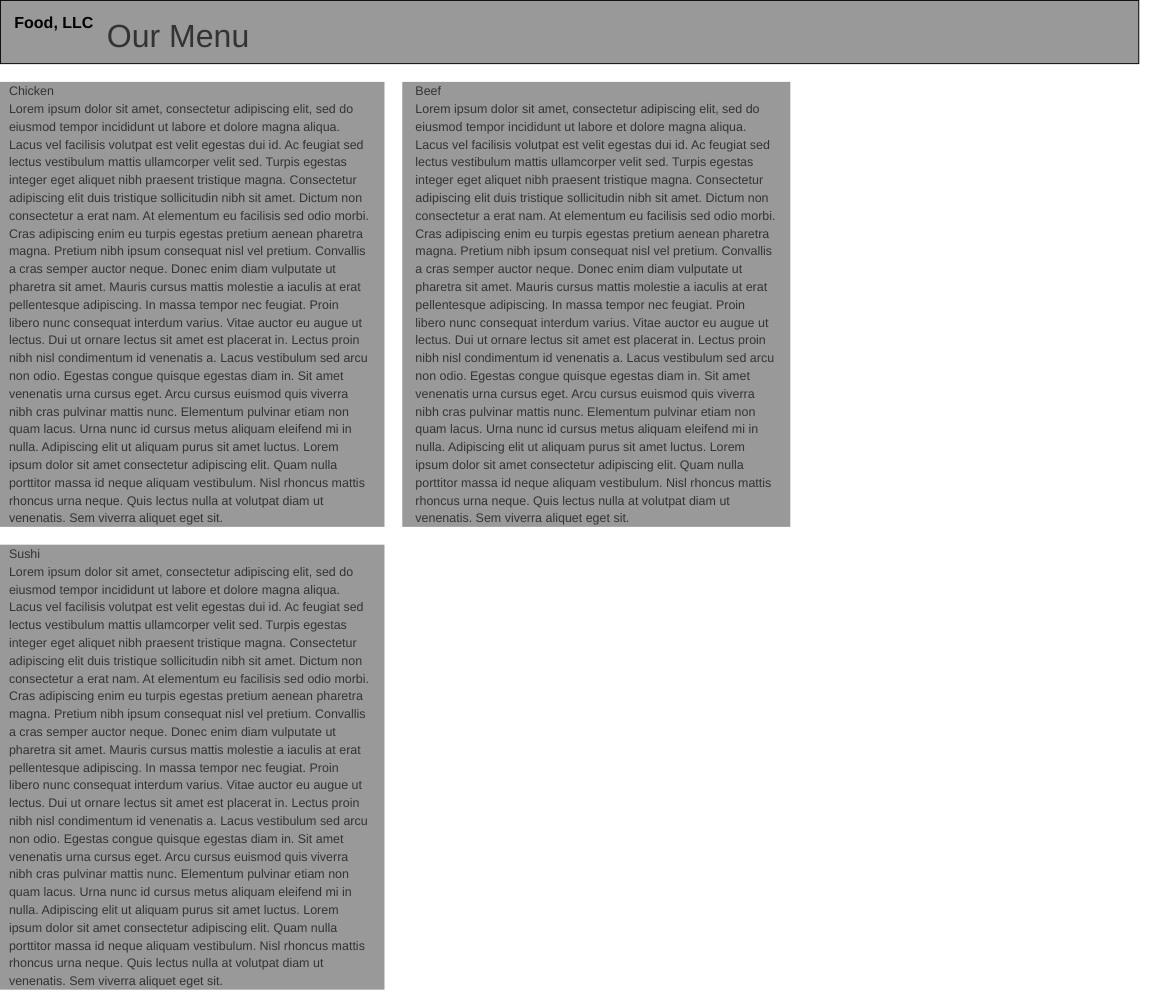
Repository: Cynthia-woo/coursera_frontend_JHU
Page: module3-solution/index.html
The author's editor kept a copy of each file at every save. The page is drawn from the files as they stood at one save, then again after the next save.
The browser window is 1280 px wide. The page is 1295 px wide, so the pictures cover 1295 px, including what lies to the right of the window. The pictures show the whole page, at 89% of full size.

Above is the page before, as saved 2024-04-20 02:45:32.

### module3-solution/index.html
<!doctype html>
<html lang="en">
  <head>
    <meta charset="utf-8">
    <meta http-equiv="X-UA-Compatible" content="IE=edge">
    <meta name="viewport" content="width=device-width, initial-scale=1">

    <!-- HTML5 shim and Respond.js for IE8 support of HTML5 elements and media queries -->
    <!-- WARNING: Respond.js doesn't work if you view the page via file:// -->
    <!--[if lt IE 9]>
      <script src="https://oss.maxcdn.com/html5shiv/3.7.2/html5shiv.min.js"></script>
      <script src="https://oss.maxcdn.com/respond/1.4.2/respond.min.js"></script>
    <![endif]-->

    <title>Assignment3-solution</title>
    <link rel="stylesheet" href="css/bootstrap.min.css">
    <link rel="stylesheet" href="css/styles.css">
  </head>
<body>
    <header>
        <nav id="header-nav" class="navbar navbar-default">
          <div class="container-fluid">
            <div class="navbar-header">
              <div class="navbar-brand">
                <a href="index.html"><span>Food, LLC</span></a>
              </div>

              <button type="button" class="navbar-toggle collapsed" data-toggle="collapse" data-target="#collapsable-nav" aria-expanded="false">
                <span class="sr-only">Toggle navigation</span>
                <span class="icon-bar"></span>
                <span class="icon-bar"></span>
                <span class="icon-bar"></span>
              </button>
            </div>

            <h1 id="main_title">Our Menu</h1>

            <div id="collapsable-nav" class="collapse navbar-collapse hidden-lg hidden-md">
               <ul id="nav-list" class="nav navbar-nav navbar-right">
                <li>
                  <a href="menu-categories.html">
                    <br class="hidden-xs">Chicken</a>
                </li>
                <li>
                  <a href="#">
                    </span><br class="hidden-xs">Beef</a>
                </li>
                <li>
                  <a href="#">
                    <br class="hidden-xs">Sushi</a>
                </li>
              </ul><!-- #nav-list -->
            </div><!-- .collapse .navbar-collapse -->
          </div><!-- .container -->
        </nav><!-- #header-nav -->
      </header>


      <section>
        <div id="home-tiles" class="row">
            <div class="col-md-4 col-sm-6 col-xs-12">
                <div class="dish_title">Chicken</div>
                <div class="dish_detail">Lorem ipsum dolor sit amet, consectetur adipiscing elit, sed do eiusmod tempor incididunt ut labore et dolore magna aliqua. Lacus vel facilisis volutpat est velit egestas dui id. Ac feugiat sed lectus vestibulum mattis ullamcorper velit sed. Turpis egestas integer eget aliquet nibh praesent tristique magna. Consectetur adipiscing elit duis tristique sollicitudin nibh sit amet. Dictum non consectetur a erat nam. At elementum eu facilisis sed odio morbi. Cras adipiscing enim eu turpis egestas pretium aenean pharetra magna. Pretium nibh ipsum consequat nisl vel pretium. Convallis a cras semper auctor neque. Donec enim diam vulputate ut pharetra sit amet. Mauris cursus mattis molestie a iaculis at erat pellentesque adipiscing. In massa tempor nec feugiat. Proin libero nunc consequat interdum varius. Vitae auctor eu augue ut lectus.

                    Dui ut ornare lectus sit amet est placerat in. Lectus proin nibh nisl condimentum id venenatis a. Lacus vestibulum sed arcu non odio. Egestas congue quisque egestas diam in. Sit amet venenatis urna cursus eget. Arcu cursus euismod quis viverra nibh cras pulvinar mattis nunc. Elementum pulvinar etiam non quam lacus. Urna nunc id cursus metus aliquam eleifend mi in nulla. Adipiscing elit ut aliquam purus sit amet luctus. Lorem ipsum dolor sit amet consectetur adipiscing elit. Quam nulla porttitor massa id neque aliquam vestibulum. Nisl rhoncus mattis rhoncus urna neque. Quis lectus nulla at volutpat diam ut venenatis. Sem viverra aliquet eget sit.</div>
            </div>
            <div class="col-md-4 col-sm-6 col-xs-12">
                <div class="dish_title">Beef</div>
                <div class="dish_detail">Lorem ipsum dolor sit amet, consectetur adipiscing elit, sed do eiusmod tempor incididunt ut labore et dolore magna aliqua. Lacus vel facilisis volutpat est velit egestas dui id. Ac feugiat sed lectus vestibulum mattis ullamcorper velit sed. Turpis egestas integer eget aliquet nibh praesent tristique magna. Consectetur adipiscing elit duis tristique sollicitudin nibh sit amet. Dictum non consectetur a erat nam. At elementum eu facilisis sed odio morbi. Cras adipiscing enim eu turpis egestas pretium aenean pharetra magna. Pretium nibh ipsum consequat nisl vel pretium. Convallis a cras semper auctor neque. Donec enim diam vulputate ut pharetra sit amet. Mauris cursus mattis molestie a iaculis at erat pellentesque adipiscing. In massa tempor nec feugiat. Proin libero nunc consequat interdum varius. Vitae auctor eu augue ut lectus.

                    Dui ut ornare lectus sit amet est placerat in. Lectus proin nibh nisl condimentum id venenatis a. Lacus vestibulum sed arcu non odio. Egestas congue quisque egestas diam in. Sit amet venenatis urna cursus eget. Arcu cursus euismod quis viverra nibh cras pulvinar mattis nunc. Elementum pulvinar etiam non quam lacus. Urna nunc id cursus metus aliquam eleifend mi in nulla. Adipiscing elit ut aliquam purus sit amet luctus. Lorem ipsum dolor sit amet consectetur adipiscing elit. Quam nulla porttitor massa id neque aliquam vestibulum. Nisl rhoncus mattis rhoncus urna neque. Quis lectus nulla at volutpat diam ut venenatis. Sem viverra aliquet eget sit.</div>
            </div>
            <div class="col-md-4 col-sm-6 col-xs-12">
                <div class="dish_title">Sushi</div>
                <div class="dish_detail">Lorem ipsum dolor sit amet, consectetur adipiscing elit, sed do eiusmod tempor incididunt ut labore et dolore magna aliqua. Lacus vel facilisis volutpat est velit egestas dui id. Ac feugiat sed lectus vestibulum mattis ullamcorper velit sed. Turpis egestas integer eget aliquet nibh praesent tristique magna. Consectetur adipiscing elit duis tristique sollicitudin nibh sit amet. Dictum non consectetur a erat nam. At elementum eu facilisis sed odio morbi. Cras adipiscing enim eu turpis egestas pretium aenean pharetra magna. Pretium nibh ipsum consequat nisl vel pretium. Convallis a cras semper auctor neque. Donec enim diam vulputate ut pharetra sit amet. Mauris cursus mattis molestie a iaculis at erat pellentesque adipiscing. In massa tempor nec feugiat. Proin libero nunc consequat interdum varius. Vitae auctor eu augue ut lectus.

                    Dui ut ornare lectus sit amet est placerat in. Lectus proin nibh nisl condimentum id venenatis a. Lacus vestibulum sed arcu non odio. Egestas congue quisque egestas diam in. Sit amet venenatis urna cursus eget. Arcu cursus euismod quis viverra nibh cras pulvinar mattis nunc. Elementum pulvinar etiam non quam lacus. Urna nunc id cursus metus aliquam eleifend mi in nulla. Adipiscing elit ut aliquam purus sit amet luctus. Lorem ipsum dolor sit amet consectetur adipiscing elit. Quam nulla porttitor massa id neque aliquam vestibulum. Nisl rhoncus mattis rhoncus urna neque. Quis lectus nulla at volutpat diam ut venenatis. Sem viverra aliquet eget sit.</div>
            </div>
      </section>


  <!-- jQuery (Bootstrap JS plugins depend on it) -->
  <script src="js/jquery-1.11.3.min.js"></script>
  <script src="js/bootstrap.min.js"></script>
  <script src="js/script.js"></script>
</body>
</html>

### module3-solution/css/styles.css
* {
    margin: 0;
    padding: 0;
    box-sizing: border-box;
}
.navbar-default{
    background-color: #999;
    border: 1px solid black;
    border-radius: 0;
}

.navbar-brand a{
    color: black;
    font-weight: bold;
}

.navbar-brand a:hover {
    text-decoration: none;

}



#main_menu {
    text-align: center;
}


.col-md-4, .col-sm-6, .col-xs-12 {
    margin: 0 10px 20px;
    background-color: #999;
}

Loaded but not shown: module3-solution/css/bootstrap.min.css (library); module3-solution/js/jquery-1.11.3.min.js (library); module3-solution/js/bootstrap.min.js (library); module3-solution/js/script.js (no stored copy; drawn as an empty file)

After the next save:
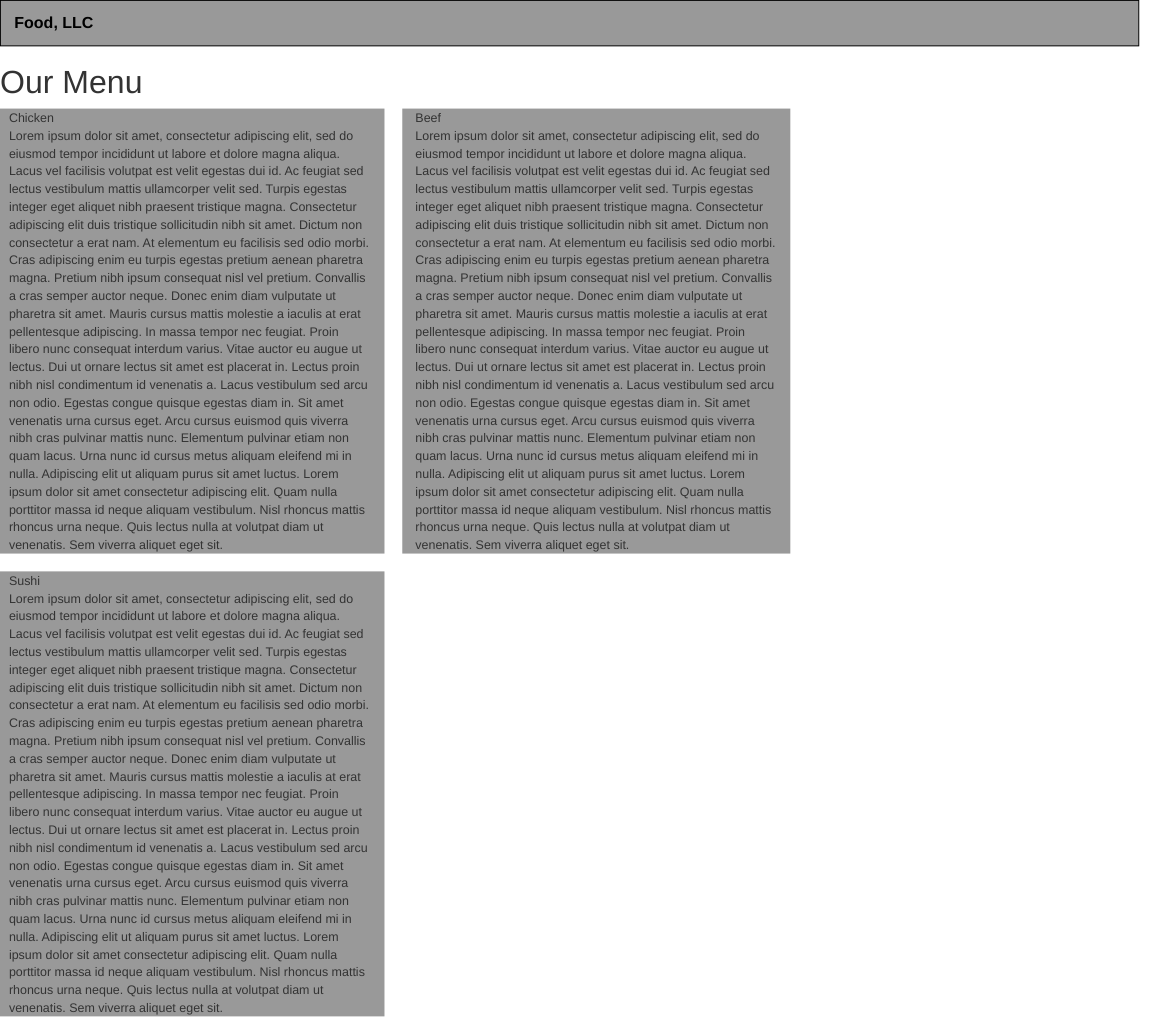
Saved 12 s later.
--- a/module3-solution/index.html
+++ b/module3-solution/index.html
@@ -33,7 +33,6 @@
               </button>
             </div>
 
-            <h1 id="main_title">Our Menu</h1>
 
             <div id="collapsable-nav" class="collapse navbar-collapse hidden-lg hidden-md">
                <ul id="nav-list" class="nav navbar-nav navbar-right">
@@ -55,6 +54,7 @@
         </nav><!-- #header-nav -->
       </header>
 
+      <h1 id="main_title">Our Menu</h1>
 
       <section>
         <div id="home-tiles" class="row">
